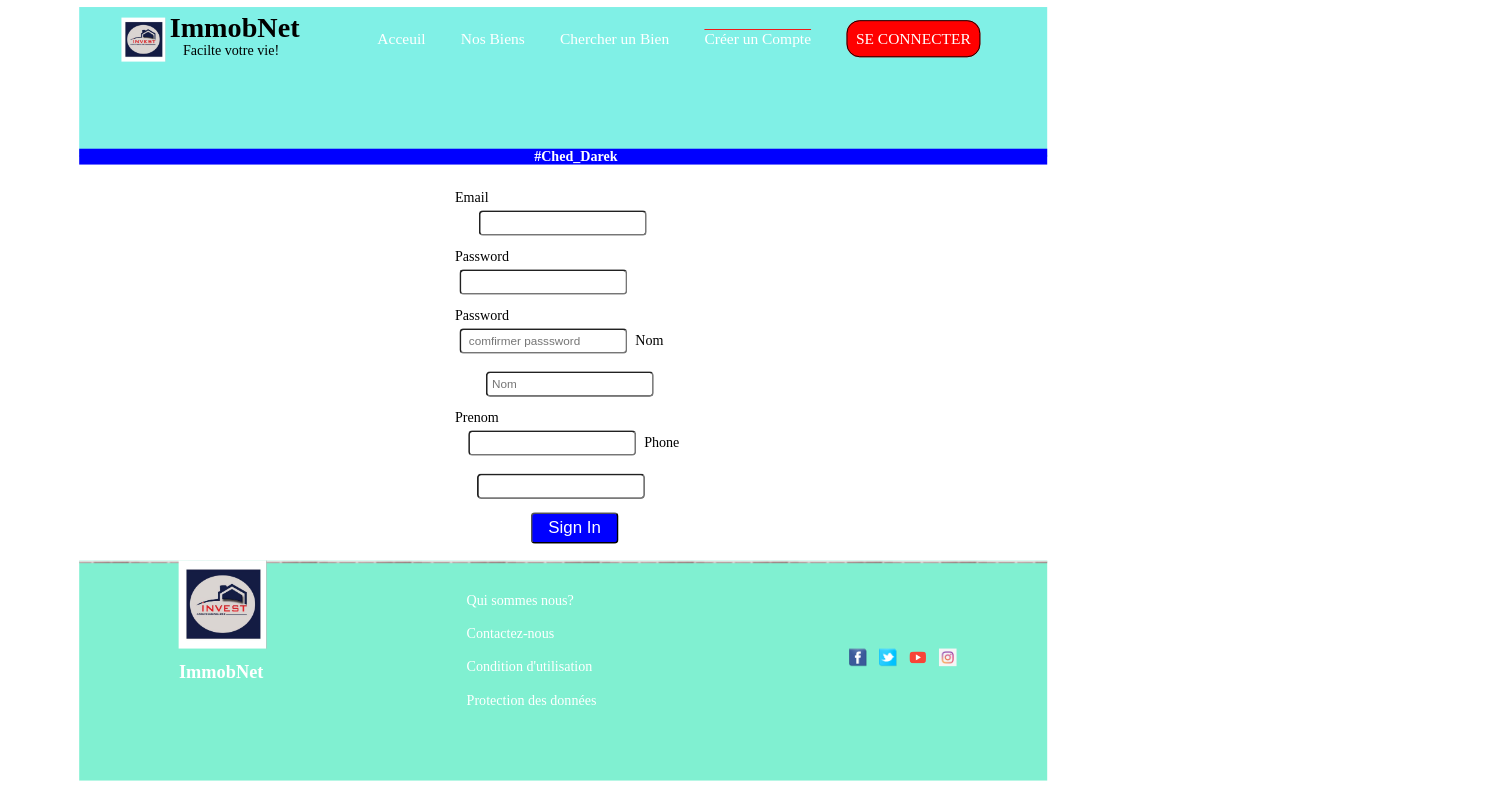
Repository: hassen-mnejja/Real_Estate_Agency_Website
Page: http://localhost/frontoffice/Register
The author's editor kept a copy of each file at every save. The page is drawn from the files as they stood at one save, then again after the next save.
The browser window is 1280 px wide. The page is 1707 px wide, so the pictures cover 1707 px, including what lies to the right of the window. The pictures show the whole page, at 88% of full size.
The page is served by Tomcat 9. Other server files are loaded and not shown.

Above is the page before, as saved 2020-06-26 17:56:40.

### frontoffice/WebContent/WEB-INF/register.jsp
<%@ page pageEncoding="UTF-8" %>
<%@ taglib uri="http://java.sun.com/jsp/jstl/core" prefix="c" %>
<!DOCTYPE html>
<html>
    <head>
        <meta charset="utf-8" />
        <link rel="stylesheet" href="style50.css" />
        <!--  <link href="css/bootstrap.min.css" rel="stylesheet" id="bootstrap-css">-->
        <title>Acceuil</title>
    </head>
    <body>

         <div id="bloc_page">
        	<header>
        		<div id="logo">
        	    <img src="invest-image.png" title="Avec ImmobNet Trouvez ce que vous conviendrez" >
        	    <h1>ImmobNet</h1>
        	    <p>Facilte votre vie!</p>
        	    </div>
                <nav>
                	<ul>
                		<li><a href="Acceuil" >Acceuil</a></li>
                		<li><a href="#">Nos Biens </a>
                		<ul class="down">
                			<li><a href="Image?nombre=2">Maison</a></li>
                			<li><a href="Image?nombre=1">Appartement</a></li>
                			<li><a href="Image?nombre=3">Studio</a></li>
                            <li><a href="Image?nombre=4">Emplacement</a></li>
                        </ul></li>
                		<li><a href="Image"> Chercher un Bien</a></li>

                		<c:choose>
                		<c:when test="${id==0 }">
                		<li ><a href="Image" ><span class="acceuil"> Créer un Compte</span></a></li>

                		<li class="blanc"><a href="User" class="couleur"> SE CONNECTER</a></li>
                		</c:when>

                		<c:otherwise>

                		<li><a href="Visite"> Visiter Mon compte</a></li>
                		 <li class="blanc"><a href="Deconnexion" class="couleur"> SE Déconnecter</a></li>


                		</c:otherwise>
                		</c:choose>


                    </ul>
                </nav>
            </header>
            <div class="essai">
            <h1>#Ched_Darek </h1>

            </div>
           <!--  <div style="border-radius:10px;magin margin:30px auto; width:600px">
<form action="Register" action="Get">
   <div class="p-3 mb-2 bg-light text-dark">
    <span>${message}</span>
    </div>
  <div class="form-row">
    <div class="form-group col-md-6">
      <label for="inputEmail4">Email</label>
      <input type="email" class="form-control" id="inputEmail4" name="email">
    </div>
    <div class="form-group col-md-6">
      <label for="inputPassword4">Password</label>
      <input type="password" class="form-control" id="inputPassword4" name="pwd1">
    </div>
  </div>
  <div class="form-group">
    <label for="inputAddress">password</label>
    <input type="password" class="form-control" id="inputAddress" placeholder=" comfirmer passsword" name="pwd2">
  </div>
  <div class="form-group">
    <label for="inputAddress2">nom</label>
    <input type="text" class="form-control" id="inputAddress2" placeholder="nom" name="nom">
  </div>
  <div class="form-row">
    <div class="form-group col-md-6">
      <label for="inputCity">Prenom</label>
      <input type="text" class="form-control" id="inputCity" name="prenom">
    </div>
    </div>
    <div class="form-row">
    <div class="form-group col-md-2">
      <label for="inputZip">phone</label>
      <input type="text" class="form-control" id="inputcity" name="num"><br>
    </div>
  </div>
  <br>
  <button type="submit" class="btn btn-primary">Sign in</button>
</form>
</div> -->

    <form method="post" action="Register">
      <span>
     <label for="inputEmail4">Email</label>
 </span>
    <input type="email" class="form-control" id="inputEmail4" name="email" required>


    <label for="inputPassword4">Password</label>
    <input type="password" class="form-control" id="inputPassword4" name="pwd1" require>

    <label for="inputAddress">Password</label>
    <input type="password" class="form-control" id="inputAddress" placeholder=" comfirmer passsword" name="pwd2" reqired>
    <label for="inputAddress2">Nom</label>
    <input type="text" class="form-control" id="inputAddress2" placeholder="Nom" name="nom" required>
    <label for="inputCity">Prenom</label>
    <input type="text" class="form-control" id="inputCity" name="prenom"required>
    <label for="inputZip">Phone</label>
    <input type="text" class="form-control" id="inputcity" name="num" required><br>
    <button type="submit" class="btn btn-primary">Sign In</button>
    </form>

     <div id="final" style="margin-top:450px;">
            <footer>
            	    <div class="element1">

            		<img src="invest-image.png" >
            		<h1> ImmobNet</h1>
            	    </div>
            		<ul>
            			<li><a href="#"> Qui sommes nous?</a></li>
            			<li><a href="#">Contactez-nous</a></li>
            			<li><a href="#">Condition d'utilisation</a></li>
            			<li><a href="#"> Protection des données</a></li>
            		</ul>
            		<div class="element2">
            		<a href="#"><img src="facebook.png"></a>
            		<a href="#"><img src="twitter.png"></a>
            		<a href="#" class="youtube"><img src="you tube.png" ></a>
            		<a href="#"><img src="instagram.jpg"></a>
            	    </div>
            </footer>
            </div>
    </div>
    </body>
</html>

### frontoffice/src/com/please/Register.java
package com.please;

import java.io.IOException;

import javax.servlet.ServletException;
import javax.servlet.http.HttpServlet;
import javax.servlet.http.HttpServletRequest;
import javax.servlet.http.HttpServletResponse;

import com.stp.Utilisateur;

public class Register extends HttpServlet {
	private static final long serialVersionUID = 1L;

	public Register() {
		super();

	}

	@Override
	protected void doGet(HttpServletRequest request, HttpServletResponse response) throws ServletException, IOException {
		request.setAttribute("id", Utilisateur.id);
		request.getRequestDispatcher("/WEB-INF/register.jsp").forward(request, response);
	}

	@Override
	protected void doPost(HttpServletRequest request, HttpServletResponse response) throws ServletException, IOException {
		Utilisateur u = new Utilisateur();
		String pwd1 = request.getParameter("pwd1");
		String pwd2 = request.getParameter("pwd2");
		String email = request.getParameter("email");

		String nom = request.getParameter("nom");
		String prenom = request.getParameter("prenom");
		String tel = request.getParameter("num");
		request.setAttribute("pwd1", pwd1);
		request.setAttribute("nom", nom);
		request.setAttribute("prenom", prenom);
		request.setAttribute("tel", tel);
		request.setAttribute("email", email);
		String Message;
		if (pwd1.equals(pwd2)) {
			u.addClient(request);
			Utilisateur.id = u.dernierligne();
			Message = "succes inscription ";
			request.setAttribute("message", Message);

		} else {
			Message = "inscription echou� , verifier votre mot de passe";
			request.setAttribute("message", Message);
		}
		request.setAttribute("id", Utilisateur.id);
		request.getRequestDispatcher("/WEB-INF/register.jsp").forward(request, response);
	}

}

### frontoffice/src/com/stp/Utilisateur.java
package com.stp;

import java.sql.Connection;
import java.sql.DriverManager;
import java.sql.PreparedStatement;
import java.sql.ResultSet;
import java.sql.SQLException;
import java.sql.Statement;
import java.util.ArrayList;
import java.util.List;

import javax.servlet.http.HttpServletRequest;

public class Utilisateur {
	public static int id;
	public static int bien;
	public static int entrer;
	public static String nom;
	public static String prenom;
	public static String email;
	public static String numtel;
	public static String password;
	public static List<String[]> listefavoris = new ArrayList<String[]>();
	private Connection connexion;
	private Statement st;
	private ResultSet rs;

	private void loadDatabase() {

		try {
			Class.forName("com.mysql.jdbc.Driver");
		} catch (ClassNotFoundException e) {}

		try {
			String url = "jdbc:mysql://localhost:3306/agence?useUnicode=true&useJDBCCompliantTimezoneShift=true&useLegacyDatetimeCode=false&serverTimezone=UTC";

			connexion = DriverManager.getConnection(url, "root", "");
		} catch (SQLException e) {
			e.printStackTrace();
		}
	}

	public int identifiant(HttpServletRequest request) {
		String emaile = request.getParameter("email");
		String passworde = request.getParameter("password");
		loadDatabase();
		try {
			st = connexion.createStatement();
			rs = st.executeQuery("select * from client c where " + "c.email='" + emaile + "'" + " AND c.password='" + passworde + "';");
			if (rs != null) {
				rs.next();
				id = rs.getInt("idclient");
				prenom = rs.getString("prenom");
				nom = rs.getString("nom");
				password = rs.getString("password");
				email = rs.getString("email");
				numtel = rs.getString("numtel");

			} else
				id = 0;
		} catch (SQLException e) {
			e.printStackTrace();
		} finally {
			// Fermeture de la connexion
			try {
				if (rs != null)
					rs.close();
				if (st != null)
					st.close();
				if (connexion != null)
					connexion.close();
				/*
				 * if (st1 != null) st.close();
				 */
			} catch (SQLException ignore) {
				ignore.printStackTrace();
			}

		}
		return id;
	}

	public void addClient(HttpServletRequest request) {
		loadDatabase();

		try {
			PreparedStatement ps = connexion.prepareStatement("insert into client(nom,prenom,password,email,numtel) values(?,?,?,?,?)");
			/* ps.setString(1,null); */
			String email = request.getParameter("email");
			String pwd1 = request.getParameter("pwd1");
			String nom = request.getParameter("nom");
			String prenom = request.getParameter("prenom");
			String tel = request.getParameter("num");
			this.prenom = prenom;
			this.email = email;
			this.password = pwd1;
			this.nom = nom;
			this.numtel = tel;
			ps.setString(1, nom);
			ps.setString(2, prenom);
			ps.setString(3, pwd1);
			ps.setString(4, email);
			ps.setString(5, tel);
			ps.executeUpdate();
		} catch (SQLException e) {

			e.printStackTrace();

		}
	}

	public int dernierligne() {
		loadDatabase();
		int i = 0;
		try {
			st = connexion.createStatement();
			rs = st.executeQuery("select * from client ;");

			while (rs.next())
				i = i + 1;
		} catch (SQLException e) {
			e.printStackTrace();
		}

		return i;
	}

	public boolean UpdateClient(HttpServletRequest request) {
		loadDatabase();
		boolean flag = false;
		String sql = "update client set password=?,numtel=?,nom=?,prenom=?,email=? where idclient=?";
		try {
			PreparedStatement ps = connexion.prepareStatement(sql);

			ps.setString(1, request.getParameter("pwd1"));
			ps.setString(2, request.getParameter("num"));
			ps.setString(3, request.getParameter("nom"));
			ps.setString(4, request.getParameter("prenom"));
			ps.setString(5, request.getParameter("email"));
			ps.setInt(6, id);
			if (ps.executeUpdate() > 0) {
				flag = true;

			}
			ps.close();
		} catch (SQLException e) {
			// TODO: handle exception
			e.printStackTrace();
		}
		return flag;

	}
}

### frontoffice/WebContent/style50.css
@CHARSET "ISO-8859-1";
#bloc_page
{
    width: 1100px;
    margin: auto;
   /*background-color:#80F0E6;*/
}
header
{
   display:flex;
   justify-content: space-around;
   background-color:#E4DEDD;
   /*#80F0E6
   background-color:#E4DEDD;*/
   height:170px;
   background: url('separateur.png') repeat-x bottom #80F0E6;
}
.acceuil
{
	text-decoration:overline red ;
}
/*navigation*/
nav ul
{
	display:flex;
	list-style: none;
}
nav ul a
{
	text-decoration:none;
	color:white;
	margin-right:40px;
	font-size: 1.1em;

}
.down
{
	display:none;
   /* margin-right:500px;*/
    padding: 0px;


}
.down a
{
	font-size: 0.9em;
}
a:hover
{
	color:red;
}
nav ul li:hover .down
{
	display:flex;
	flex-direction:column;
	margin-right:-30px;
}
#logo
{
	display:flex;
}
#logo img
{

	width:50px;
	height:50px;
	margin-top: 12px;
	margin-left: 12px;
}
#logo h1
{
	width:25px;
	margin-top:5px;
	margin-left:5px;

}
#logo p
{
	margin-top:40px;
	margin-left:-10px;
}
nav ul li
{
	margin-top:10px;
}

.essai
{
	/*width:70px;*/
	background-color:blue;
	margin-top:-20px;
}
.essai h1
{
	position:relative;
	top:50%;
	left:47%;
	color:white;
	font-size:1em;
}
/*.bordure
{
	border:1px black solid;
	padding:10px;
	border-radius: 15px 15px;
	background-color:red;
	<li><a href="#" class="bordure">Publier Une Annonce</a></li>
}*/
.couleur
{
	border:1px black solid;
	padding:10px;
	border-radius: 15px 15px;
	background-color:red;*/
	color:white;
	/*font-size:1em;*/

}
/*.blancc
{
	margin-top:20px;
}*/
.blancc a:hover{
	color: white;
}
.blanc a:hover{
	color: white;
}

article a:hover div
{
	opacity:1;
}
#conteneur
{
   margin-right:190px;
}

/*footer*/
#final
{
	background-color: #80F0D1;
}
footer
{
	display:flex;
	justify-content: space-around;
	height:250px;
	background: url('separateur.png') repeat-x top;

}
footer ul
{
	list-style: none;
	display:flex;
	flex-direction: column;
}
footer ul li
{
    margin-top: 20px;
    margin-right: 100px;
}
footer ul a
{
	text-decoration:none;
	color:white;

}
.element2 img
{
	width:20px;
	height: 20px;
	margin-right: 10px;
	margin-top: 100px;
}
.element1
{
	display:flex;
	flex-direction:column;

}
.element1 img
{
	width:100px;
	height: 100px;
	margin-left: 20px;

}
.element1 h1
{
    color:white;
   font-size: 1.3em;
   margin-left: 20px;
}
form
{
	width:260px;
	border-radius: 5px;
	position:absolute;
	top:30%;
	left:40%;
}

.form-control
{
    margin-bottom:15px;
	margin-left:10px;
	border-radius:5px;
	padding:5px;
	margin-top:5px;


}
label
{

	margin-left:5px;
	font-style: bold;


}

button
{
	padding: 5px;
	position: relative;
	left: 35%;
	background-color:blue;
	border-radius: 5px;
	width:100px;
	margin-bottom: 5px;
	color: white;
	font-size: 1.2em;
	font-style: bold;
	cursor: pointer;
}
#inputEmail4
{margin-left: 32px;}
#inputAddress2
{margin-left: 40px;}
#inputcity
{margin-left: 30px;}
#inputCity
{margin-left: 20px;}
#inputCity1
{margin-left: 5px;}

After the next save:
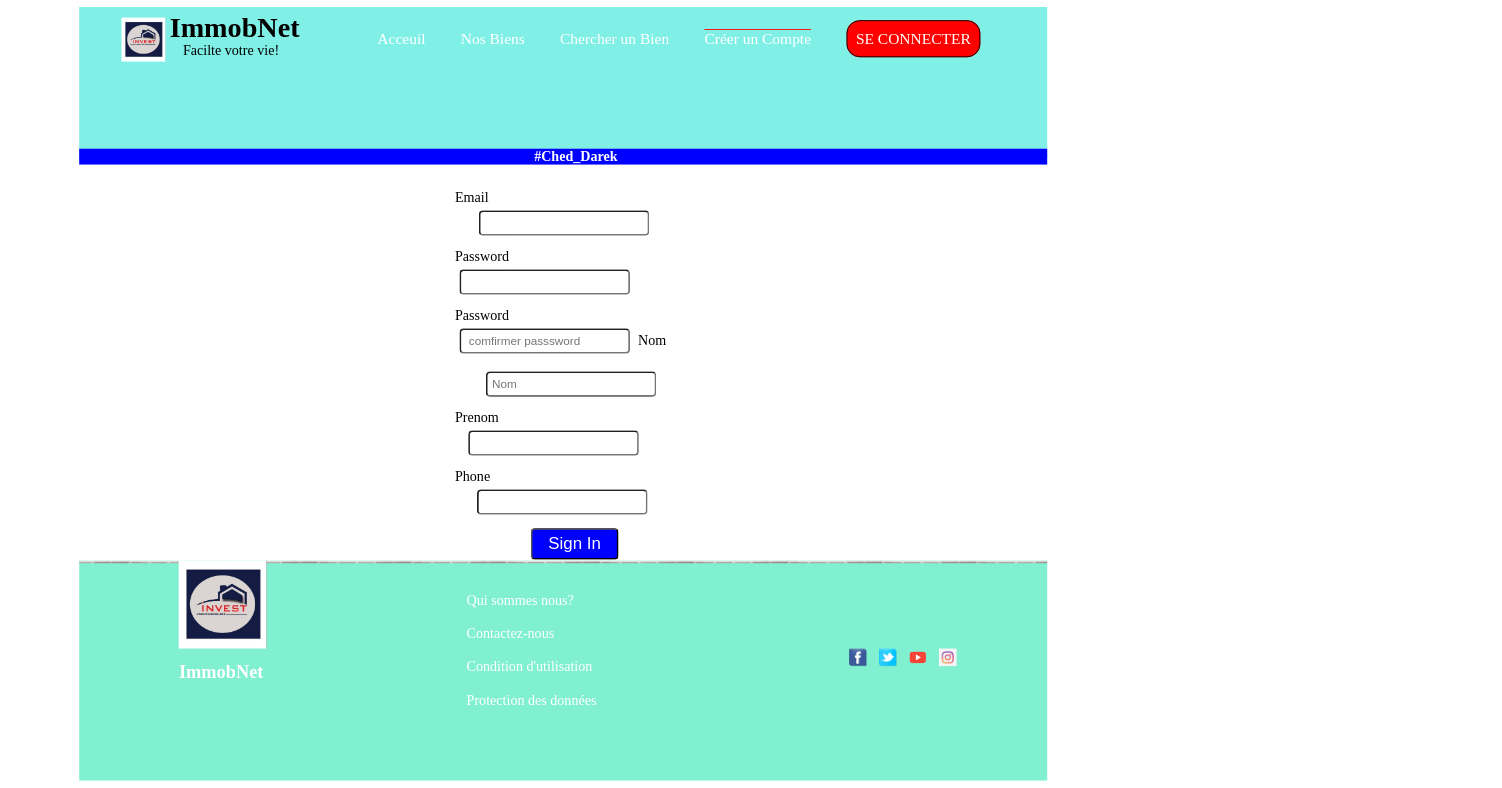
Saved 90 s later.
--- a/frontoffice/WebContent/style50.css
+++ b/frontoffice/WebContent/style50.css
@@ -208,6 +208,7 @@ form
 	border-radius:5px;
 	padding:5px;
 	margin-top:5px;
+	width : 180px;
 
 
 }
